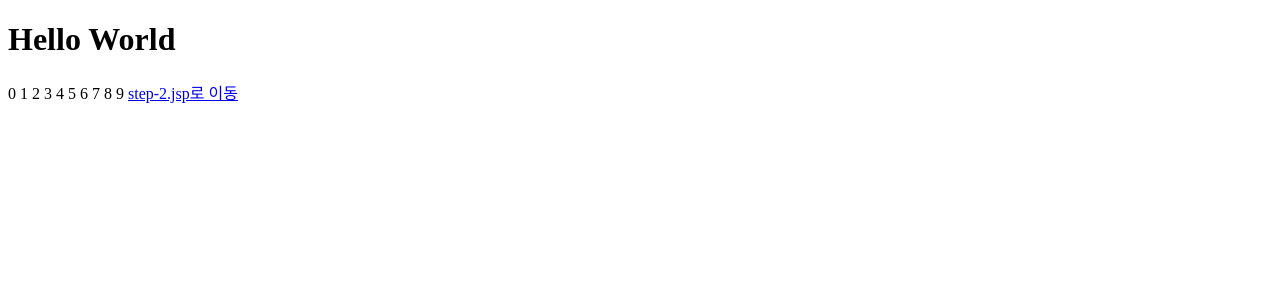
Repository: havanara/240411_JSTL_Project
Page: http://localhost/jstl_study/step-1.jsp
These files come from the project's save history. The page is drawn as it stood at one moment and after the next save; the edit follows.
The browser window is 1280 px wide. The pictures show the whole page.
The page is served by Tomcat 9. Other server files are loaded and not shown.

Above is the page before, as saved 2024-04-11 02:43:50.

### jstl_study/src/main/webapp/step-1.jsp
<%@ page language="java" contentType="text/html; charset=UTF-8"
    pageEncoding="UTF-8"%>
<!DOCTYPE html>
<html>
<head>
<meta charset="UTF-8">
<title>Insert title here</title>
</head>
<body>
	<h1>Hello World</h1>
	<% for(int i=0; i<10; i++){ %>
	<%=i %>
	<%}%>

	<a href="step-1.jsp?">step-2.jsp로 이동</a>
</body>
</html>

After the next save:
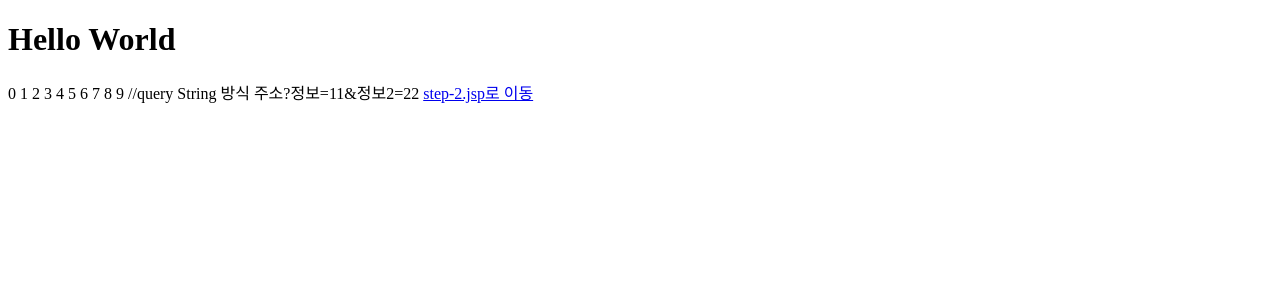
Saved 23 s later.
--- a/jstl_study/src/main/webapp/step-1.jsp
+++ b/jstl_study/src/main/webapp/step-1.jsp
@@ -11,7 +11,7 @@
 	<% for(int i=0; i<10; i++){ %>
 	<%=i %>
 	<%}%>
-
+	//query String 방식 주소?정보=11&정보2=22
 	<a href="step-1.jsp?">step-2.jsp로 이동</a>
 </body>
 </html>

After the save that followed:
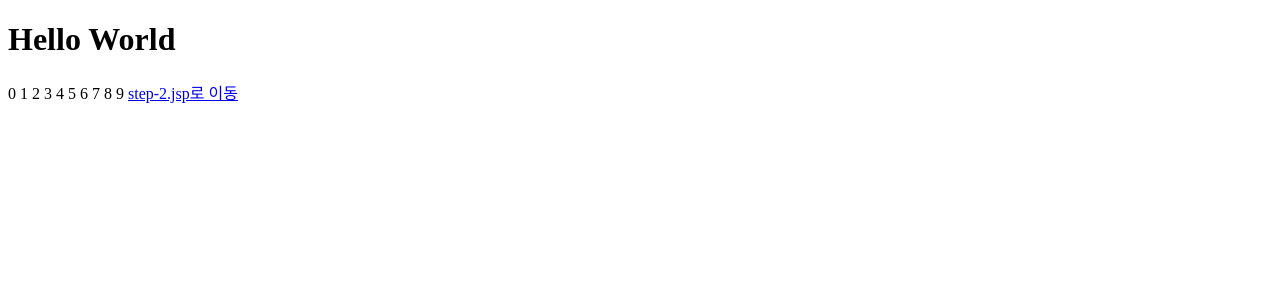
Saved 25 s later.
--- a/jstl_study/src/main/webapp/step-1.jsp
+++ b/jstl_study/src/main/webapp/step-1.jsp
@@ -11,7 +11,7 @@
 	<% for(int i=0; i<10; i++){ %>
 	<%=i %>
 	<%}%>
-	//query String 방식 주소?정보=11&정보2=22
+	<!-- query String 방식 주소?정보=11&정보2=22 -->
 	<a href="step-1.jsp?">step-2.jsp로 이동</a>
 </body>
 </html>
